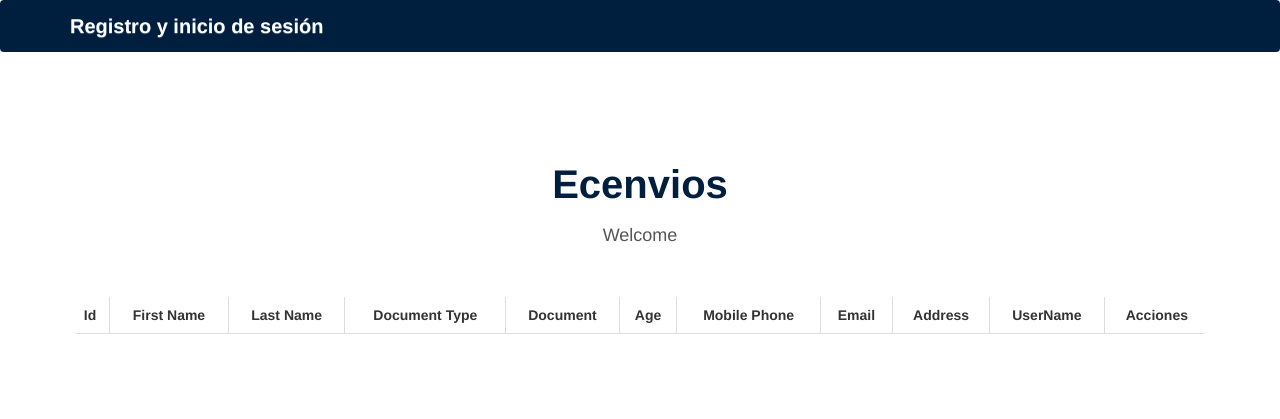
Repository: BolivarCaro/ecenviosweb
Page: http://localhost/index
The author's editor kept a copy of each file at every save. The page is drawn from the files as they stood at one save, then again after the next save.
The browser window is 1280 px wide. The pictures show the whole page.
The page is this project's Thymeleaf template; nobody is signed in. The template is opened directly, without the code that normally fills it, so the values that code supplies are empty.

Above is the page before, as saved 2024-07-14 14:55:23.
Console error (its wording comes from the project's code and is left out).

After the next save:
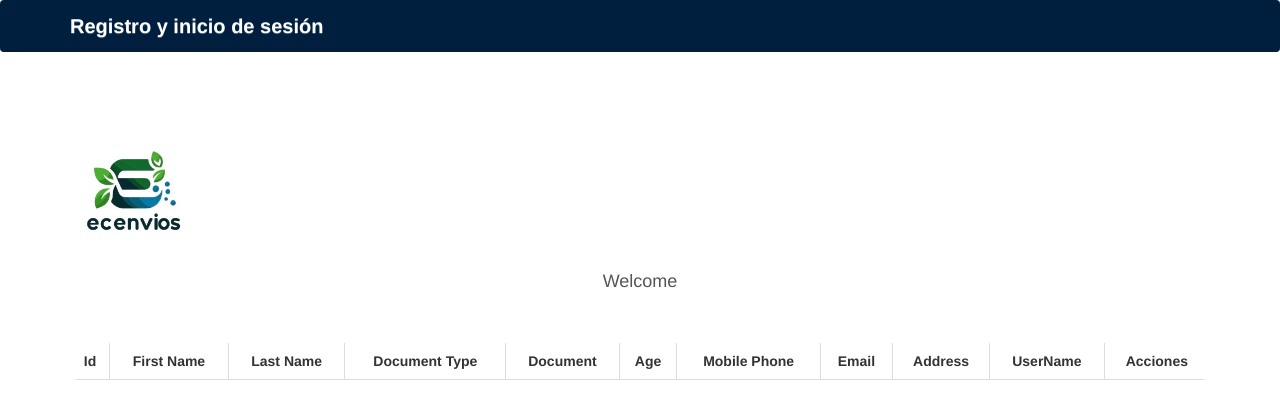
Saved 72 s later.
--- a/sprindbootecenvios/src/main/resources/templates/index.html
+++ b/sprindbootecenvios/src/main/resources/templates/index.html
@@ -40,7 +40,7 @@
 	<br>
 
 	<div class="container" style="margin-top: 30px;">
-	    <h1 style="text-align: center; font-size: 40px; color: #001F3F; font-weight: bold; margin-bottom: 20px;">Ecenvios</h1>
+	    <img src="/images/logoecenvios.png" alt="Logo" style="height: 100px; margin-bottom: 20px;">
 
 	    <h4 style="text-align: center; color: #555;">
 	        Welcome <span sec:authentication="principal.username" style="font-weight: bold;"></span>
